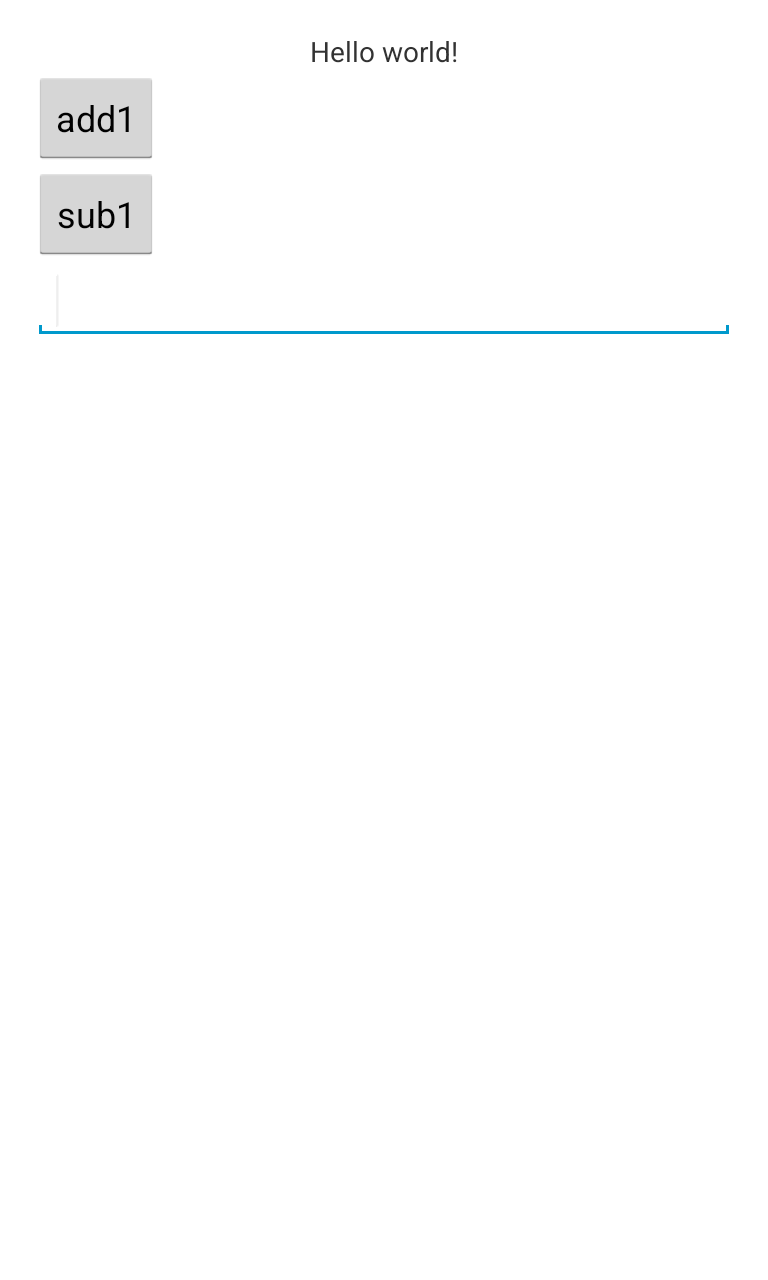
Repository: ShigerD/AndroidSample
Layout: Sample/Sample4/Sample4_2/Button/res/layout/activity_main.xml
An editor plug-in stored every save of this project. The layout is shown before and after the next save, followed by the edit.
It is drawn on a 768 x 1280 px phone screen (xhdpi) without system bars, with theme AppTheme; the app's code is not run.

Above is the layout before, as saved 2016-08-19 03:58:00.

### Sample/Sample4/Sample4_2/Button/res/layout/activity_main.xml
<RelativeLayout xmlns:android="http://schemas.android.com/apk/res/android"
    xmlns:tools="http://schemas.android.com/tools"
    android:layout_width="match_parent"
    android:layout_height="match_parent"
    android:paddingBottom="@dimen/activity_vertical_margin"
    android:paddingLeft="@dimen/activity_horizontal_margin"
    android:paddingRight="@dimen/activity_horizontal_margin"
    android:paddingTop="@dimen/activity_vertical_margin"
    tools:context="com.example.button.MainActivity" >

    <TextView
        android:id="@+id/textView1"
        android:layout_width="wrap_content"
        android:layout_height="wrap_content"
        android:layout_centerHorizontal="true"
        android:text="@string/hello_world" />

    <LinearLayout
        android:id="@+id/linearLayout1"
        android:layout_width="match_parent"
        android:layout_height="wrap_content"
        android:layout_below="@+id/textView1" >

        <Button
            android:id="@+id/button1"
            android:layout_width="wrap_content"
            android:layout_height="wrap_content"
            android:text="@string/add1" />
    </LinearLayout>

    <LinearLayout
        android:id="@+id/linearLayout2"
        android:layout_width="match_parent"
        android:layout_height="wrap_content"
        android:layout_below="@+id/linearLayout1" >

        <Button
            android:id="@+id/button2"
            android:layout_width="wrap_content"
            android:layout_height="wrap_content"
            android:text="@string/sub1" />
    </LinearLayout>

    <LinearLayout
        android:id="@+id/linearLayout3"
        android:layout_width="match_parent"
        android:layout_height="wrap_content"

        android:layout_below="@+id/linearLayout2" >

        <EditText
            android:id="@+id/editText1"
            android:layout_width="match_parent"
            android:layout_height="wrap_content"
            android:layout_weight="1"
            android:ems="10" >

            <requestFocus />
        </EditText>

    </LinearLayout>

</RelativeLayout>

### Sample/Sample4/Sample4_2/Button/res/values/strings.xml
<?xml version="1.0" encoding="utf-8"?>
<resources>

    <string name="app_name">Button</string>
    <string name="hello_world">Hello world!</string>
    <string name="action_settings">Settings</string>
    <string name="add1">add1</string>
    <string name="sub1">sub1</string>

</resources>

Loaded but not shown: Sample/Sample4/Sample4_2/Button/res/values/styles.xml (common file); Sample/Sample4/Sample4_2/Button/res/values-v11/styles.xml (common file); Sample/Sample4/Sample4_2/Button/res/values-v14/styles.xml (common file); Sample/Sample4/Sample4_2/Button/res/values/dimens.xml (common file); Sample/Sample4/Sample4_2/Button/res/values-w820dp/dimens.xml (common file)

After the next save:
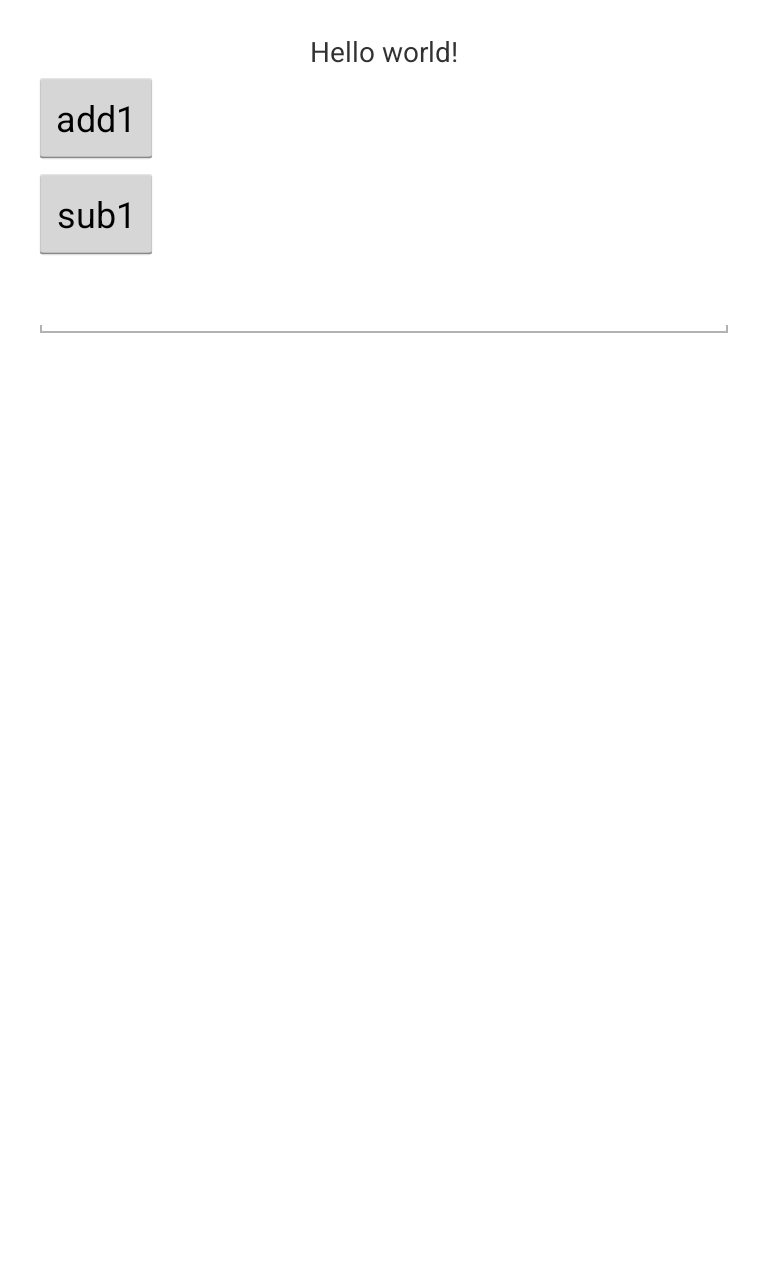
Saved 96 s later.
--- a/Sample/Sample4/Sample4_2/Button/res/layout/activity_main.xml
+++ b/Sample/Sample4/Sample4_2/Button/res/layout/activity_main.xml
@@ -50,12 +50,11 @@
 
         <EditText
             android:id="@+id/editText1"
-            android:layout_width="match_parent"
+
             android:layout_height="wrap_content"
             android:layout_weight="1"
             android:ems="10" >
 
-            <requestFocus />
         </EditText>
 
     </LinearLayout>
